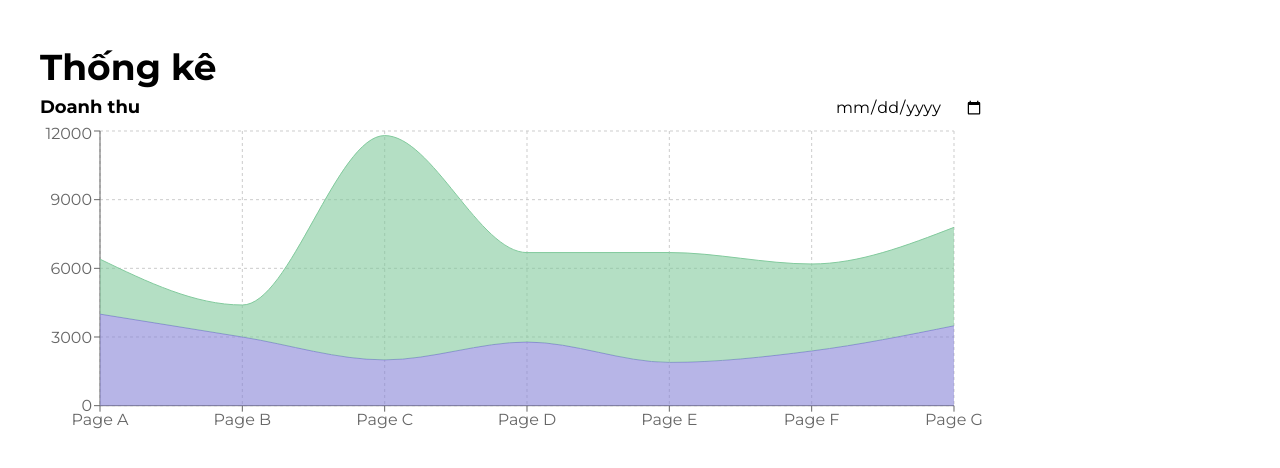
Repository: iphoneboy46/AltaMediaCMS
Page: /
The author's editor kept a copy of each file at every save. The page is drawn from the files as they stood at one save, then again after a run of saves.
The browser window is 1280 px wide. The pictures show the whole page.
Some web libraries are served in a nearby version. The project was rebuilt for these pictures with package versions that can differ from the ones it lists, and the page was loaded fresh each time.

Above is the page before, as saved 2023-03-26 21:54:01.

After the next 2 saves:
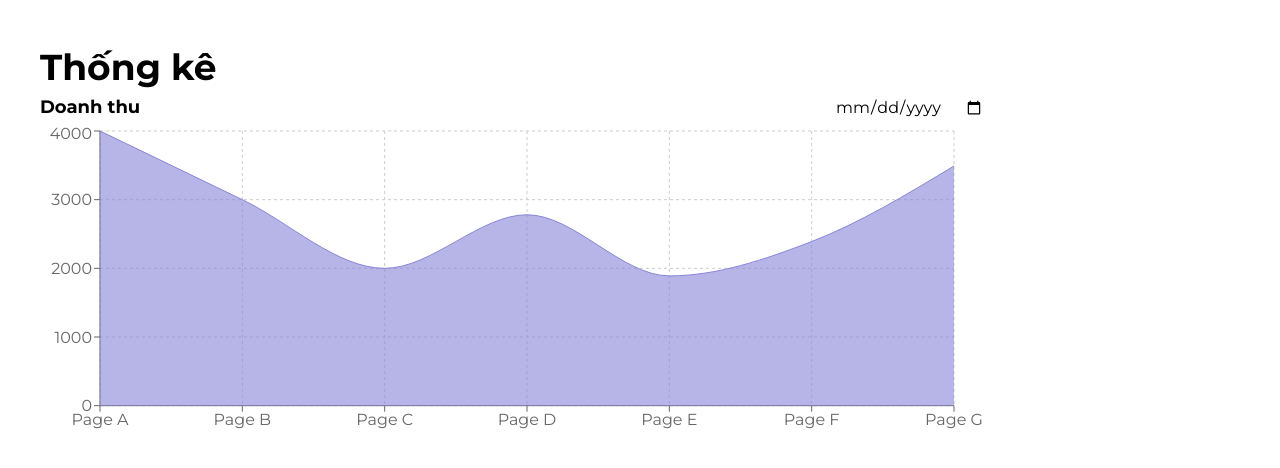
The 2 saves are shown as one change because they came seconds apart.
The last was saved 12 s later.
--- a/src/components/Charts/Charts.tsx
+++ b/src/components/Charts/Charts.tsx
@@ -1,5 +1,13 @@
 import React from "react";
-import { AreaChart, Area, XAxis, YAxis, CartesianGrid, Tooltip, ResponsiveContainer } from 'recharts';
+import {
+  AreaChart,
+  Area,
+  XAxis,
+  YAxis,
+  CartesianGrid,
+  Tooltip,
+  ResponsiveContainer,
+} from "recharts";
 function Charts() {
   const data = [
     {
@@ -48,8 +56,7 @@ function Charts() {
 
   return (
     <div className="w-[100%] h-[100%] bg-yellowMain">
-
-        <ResponsiveContainer width="100%" aspect={3}>
+      <ResponsiveContainer width="100%" aspect={3}>
         <AreaChart
           width={500}
           height={400}
@@ -65,9 +72,13 @@ function Charts() {
           <XAxis dataKey="name" />
           <YAxis />
           <Tooltip />
-          <Area type="monotone" dataKey="uv" stackId="1" stroke="#8884d8" fill="#8884d8" />
-          <Area type="monotone" dataKey="pv" stackId="1" stroke="#82ca9d" fill="#82ca9d" />
-
+          <Area
+            type="monotone"
+            dataKey="uv"
+            stackId="1"
+            stroke="#8884d8"
+            fill="#8884d8"
+          />
         </AreaChart>
       </ResponsiveContainer>
     </div>
